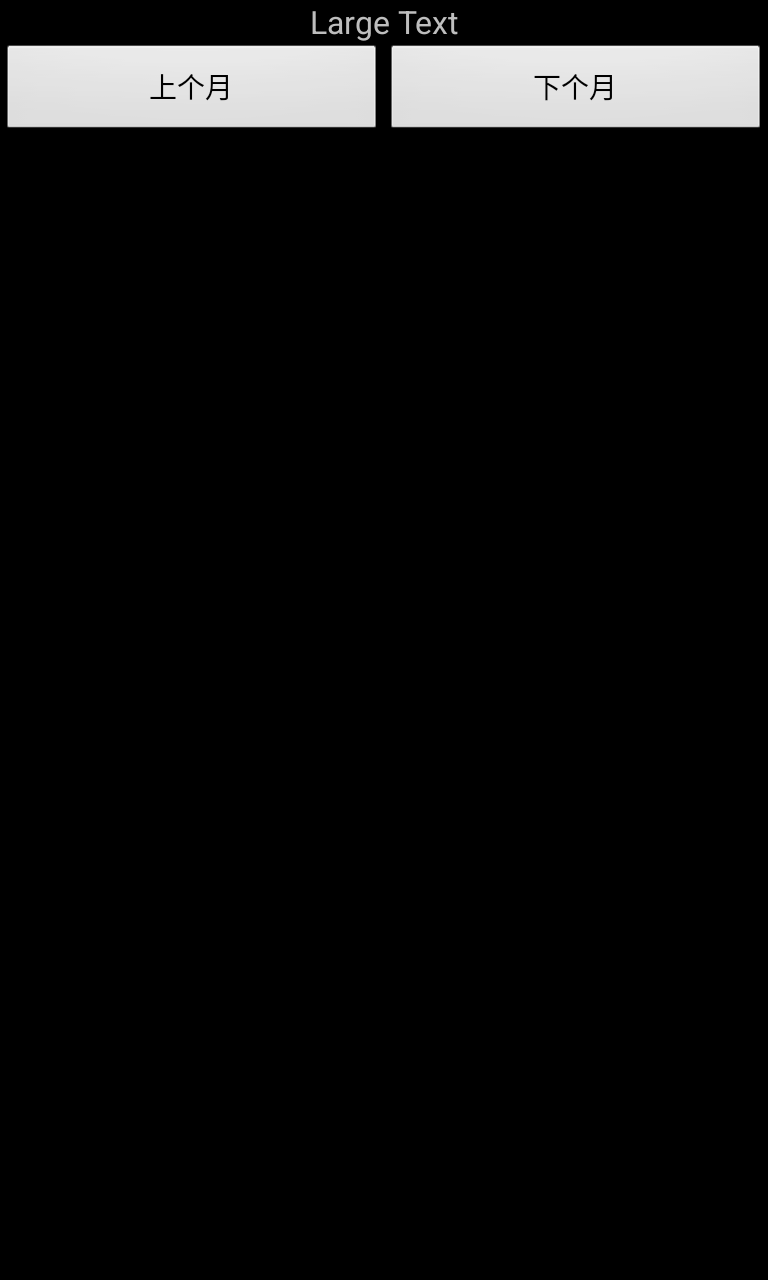
Repository: gongxinge/money-android
Layout: P2P/res/layout/billdetaillist.xml
An editor plug-in stored every save of this project. The layout is shown before and after the next save, followed by the edit.
It is drawn on a 768 x 1280 px phone screen (xhdpi) without system bars, with theme android:Theme; the app's code is not run. Lists and similar views that code fills are empty.

Above is the layout before, as saved 2015-06-28 08:17:53.

After the next save:
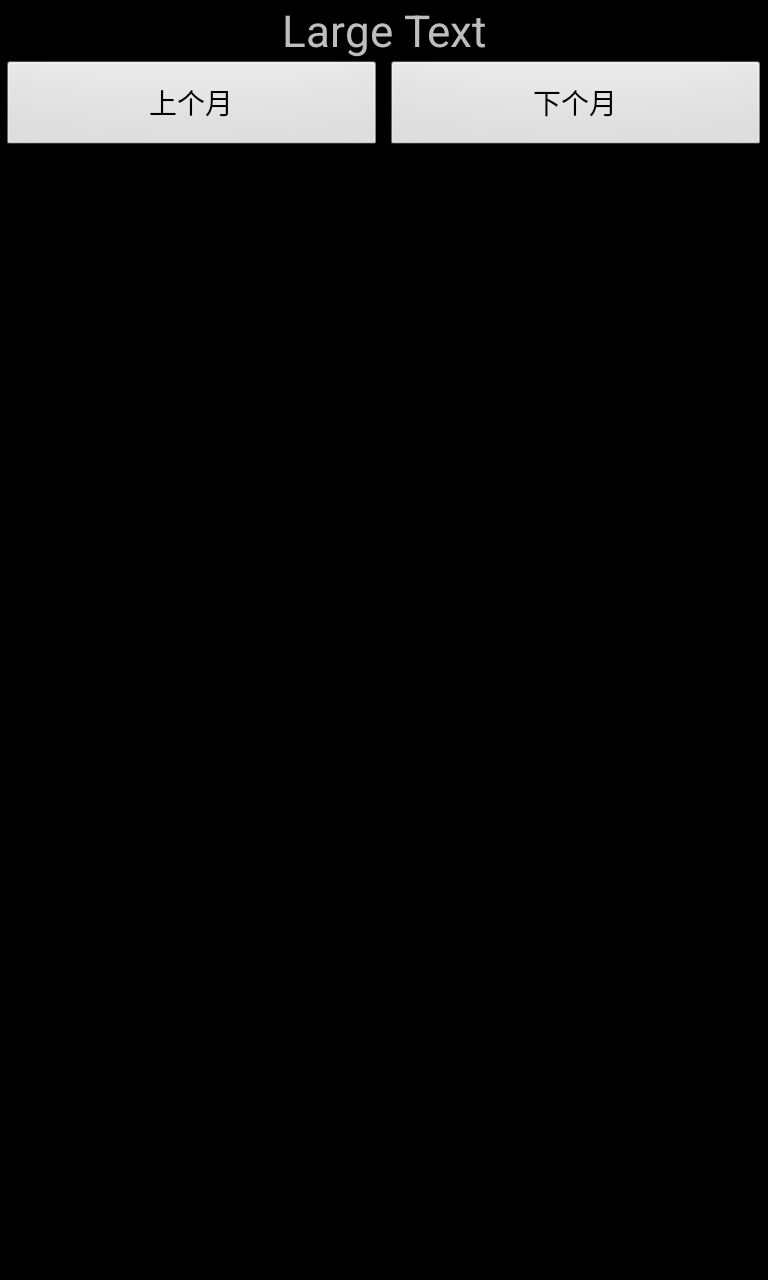
Saved 70 s later.
--- a/P2P/res/layout/billdetaillist.xml
+++ b/P2P/res/layout/billdetaillist.xml
@@ -14,7 +14,7 @@
         android:layout_height="wrap_content"
         android:gravity="center"
         android:text="Large Text"
-        android:textSize="16dp" />
+        android:textSize="22dp" />
 </LinearLayout>
     <LinearLayout
         android:id="@+id/llCenter"
